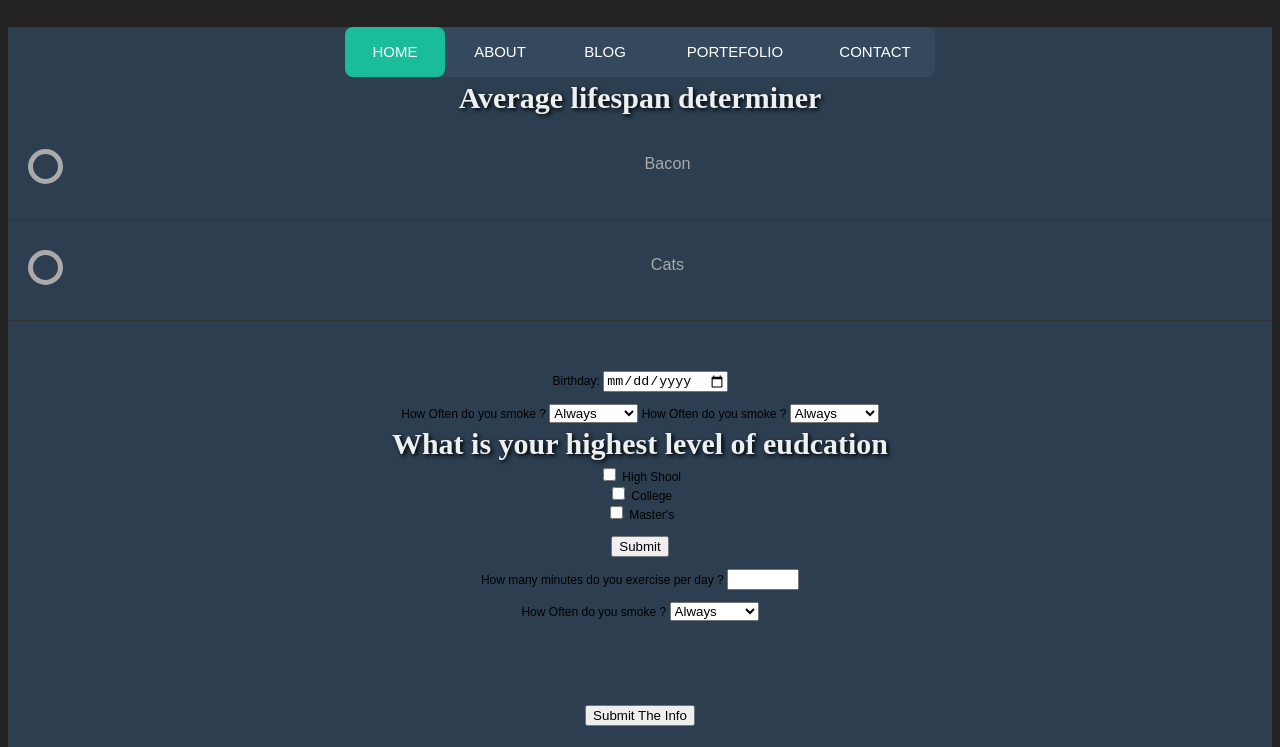
Repository: navid-amini12/capstone-1
Page: wordgame.html
These files come from the project's save history. The page is drawn as it stood at one moment and after the next save; the edit follows.
The browser window is 1280 px wide. The pictures show the whole page.

Above is the page before, as saved 2022-06-01 12:34:02.

After the next save:
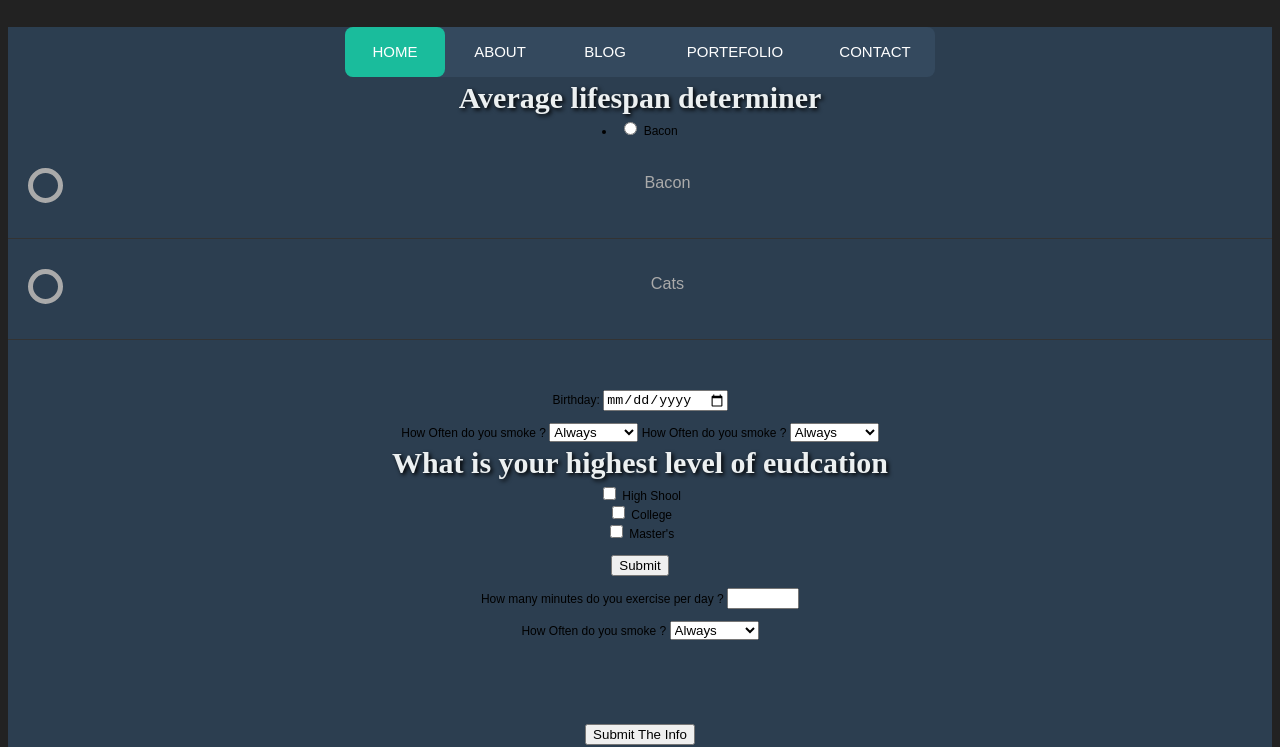
Saved 45 s later.
--- a/wordgame.html
+++ b/wordgame.html
@@ -31,6 +31,12 @@
       <div class = "container90">
 
 
+        <li>
+          <input type="radio" id="s-option" name="selector">
+          <label for="s-option">Bacon</label>
+
+          <div class="check"><div class="inside"></div></div>
+        </li>
 
 
 

After the save that followed:
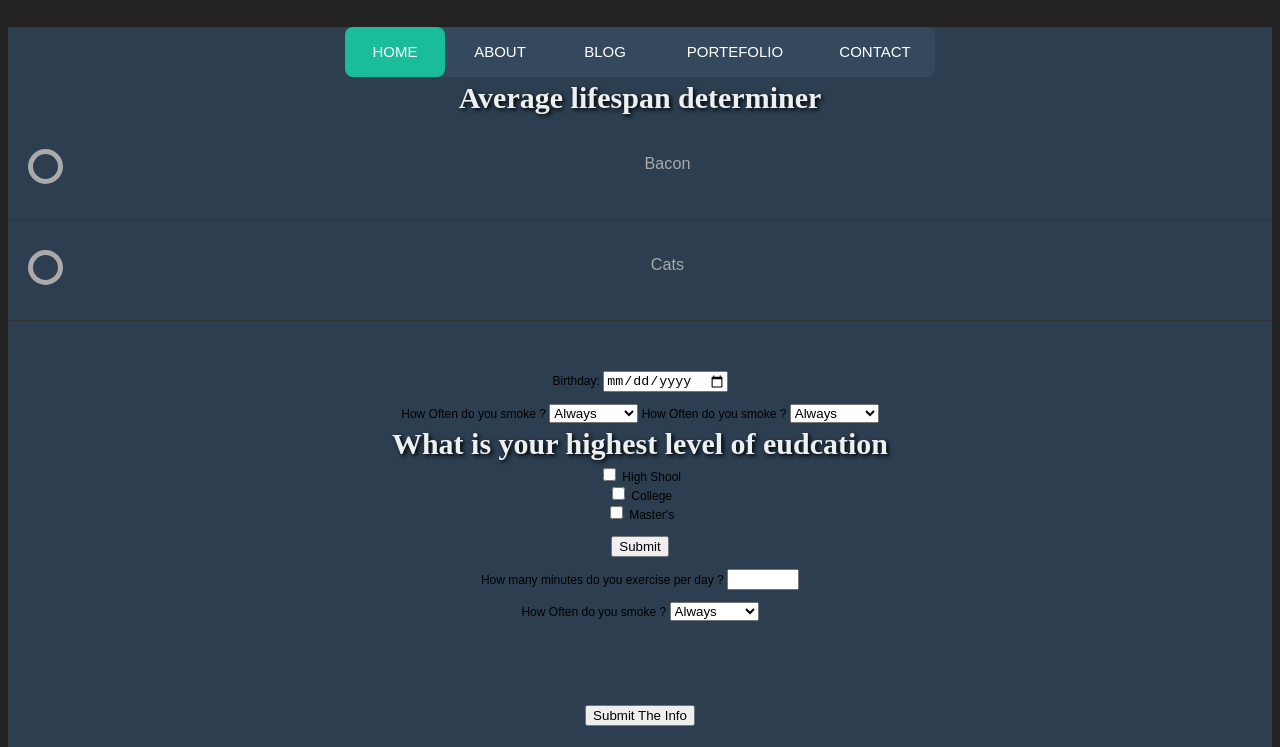
Saved 13 s later.
--- a/wordgame.html
+++ b/wordgame.html
@@ -31,12 +31,6 @@
       <div class = "container90">
 
 
-        <li>
-          <input type="radio" id="s-option" name="selector">
-          <label for="s-option">Bacon</label>
-
-          <div class="check"><div class="inside"></div></div>
-        </li>
 
 
 
